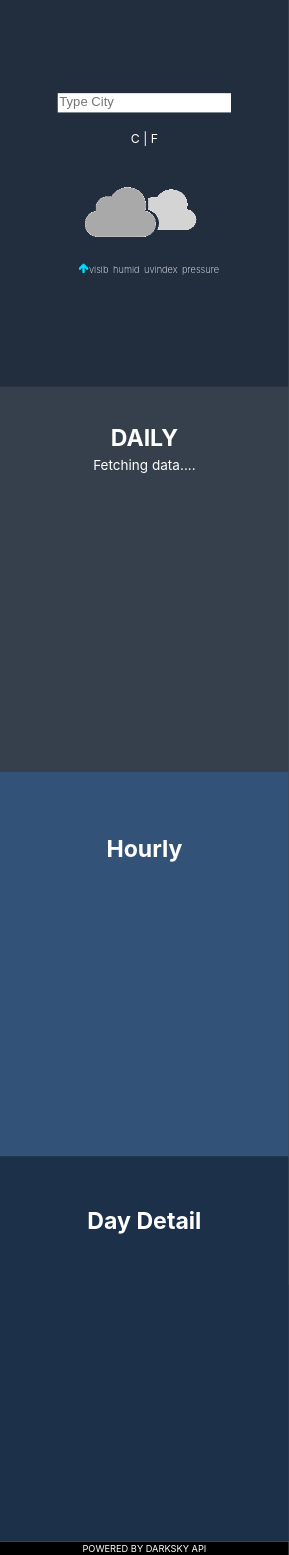
Repository: DOODpls/assignment3_weather
Page: index.html
The author's editor kept a copy of each file at every save. The page is drawn from the files as they stood at one save, then again after the next save.
The browser window is 375 px wide. The pictures show the whole page, at 77% of full size.
Some web fonts or font styles are not loaded; a fallback is used. Some web libraries are served in a nearby version.

Above is the page before, as saved 2020-01-07 20:31:36.

After the next save:
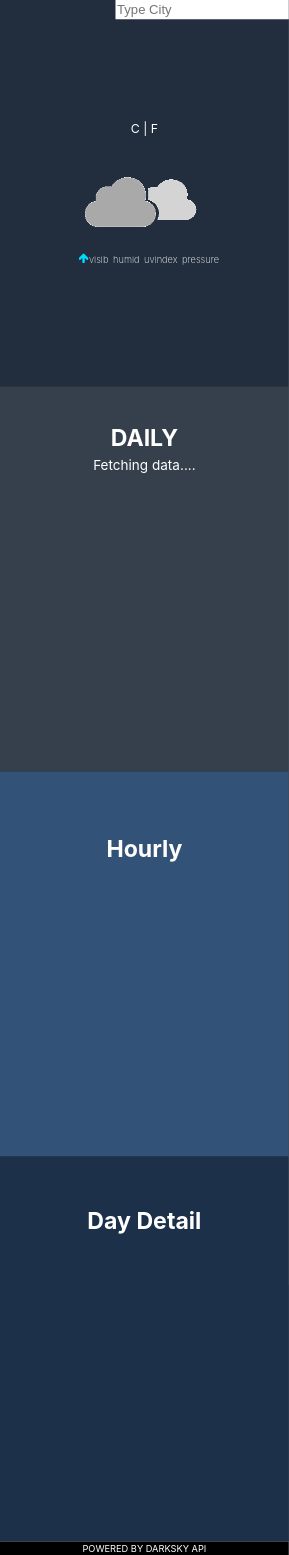
Saved 99 s later.
--- a/styles.css
+++ b/styles.css
@@ -430,6 +430,13 @@
     width: 90%;
   }
 }
+@media (max-width:500px){
+  .city-text{
+    position: absolute;
+    top: 0;
+    right: 0;
+  }
+}
 @media (max-width:260px){
   .city-text{
     width: 100%;
